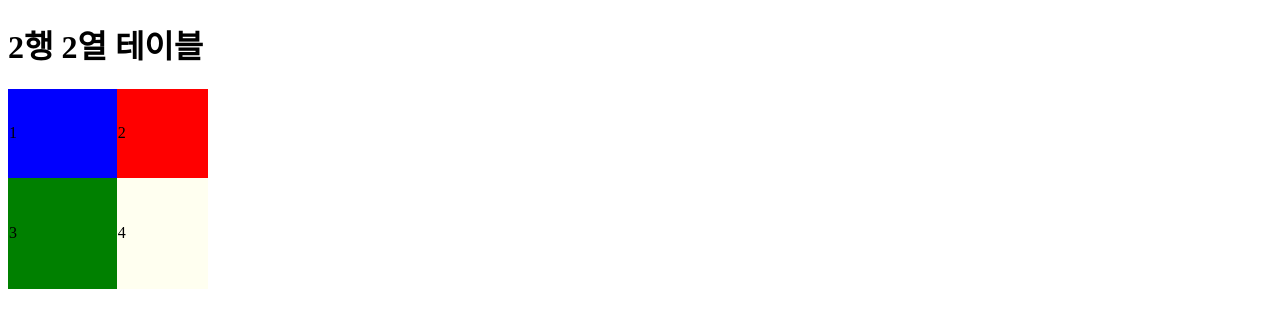
Repository: JeongWoo-Jang/Edu-Backup
Page: 5. HTML & CSS & JSP/ClientTest/WebContent/ex13_table.html
The author's editor kept a copy of each file at every save. The page is drawn from the files as they stood at one save, then again after the next save.
The browser window is 1280 px wide. The pictures show the whole page.

Above is the page before, as saved 2020-06-19 07:24:03.

### 5. HTML & CSS & JSP/ClientTest/WebContent/ex13_table.html
<!DOCTYPE html>
<html>
<head>
<meta charset="UTF-8">
<title>Insert title here</title>
</head>
<body>

	<!--

		<table>, 표
		- 표 만들 때 사용
		- 레이아웃 만들 때 사용 -> 잘 안씀 -> <div> + CSS 사용

		1. <table>
			- 큰상자
			- 전체 컨테이너
		2. <tr>
			- 중간 상자
			- 행 역할
		3. <td>
			- 작은 상자
			- 셀 역할
			- 테이블의 데이터는 <td>가 가진다.

	 -->

	 <h1>2행 2열 테이블</h1>

	 <table border="0" width="200" height="200" bgcolor="yellow" cellspacing="0">
	 	<tr bgcolor="red">
	 		<td width="120" height="80" bgcolor="blue">1</td>
	 		<td width="100">2</td>
	 	</tr>
	 	<tr bgcolor="ivory">
	 		<td height="100" bgcolor="green">3</td>
	 		<td>4</td>
	 	</tr>
	 </table>







</body>
</html>

After the next save:
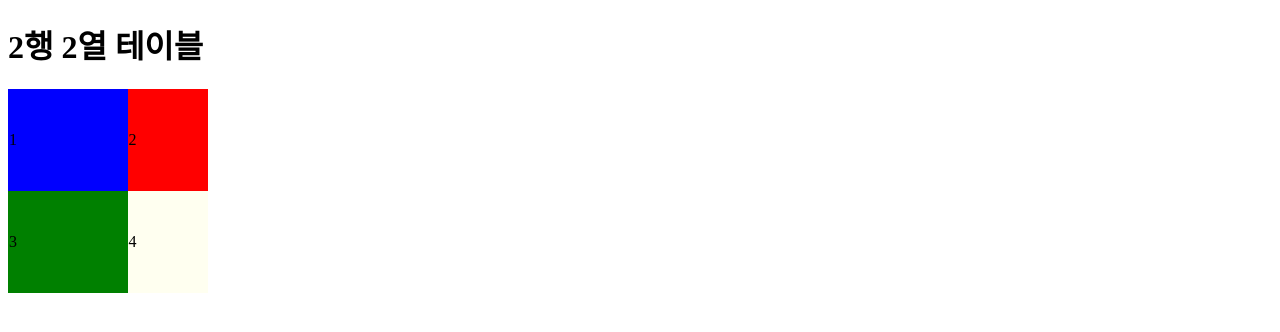
Saved 31 s later.
--- a/5. HTML & CSS & JSP/ClientTest/WebContent/ex13_table.html
+++ b/5. HTML & CSS & JSP/ClientTest/WebContent/ex13_table.html
@@ -29,8 +29,8 @@
 
 	 <table border="0" width="200" height="200" bgcolor="yellow" cellspacing="0">
 	 	<tr bgcolor="red">
-	 		<td width="120" height="80" bgcolor="blue">1</td>
-	 		<td width="100">2</td>
+	 		<td width="120" height="100" bgcolor="blue">1</td>
+	 		<td width="80">2</td>
 	 	</tr>
 	 	<tr bgcolor="ivory">
 	 		<td height="100" bgcolor="green">3</td>
